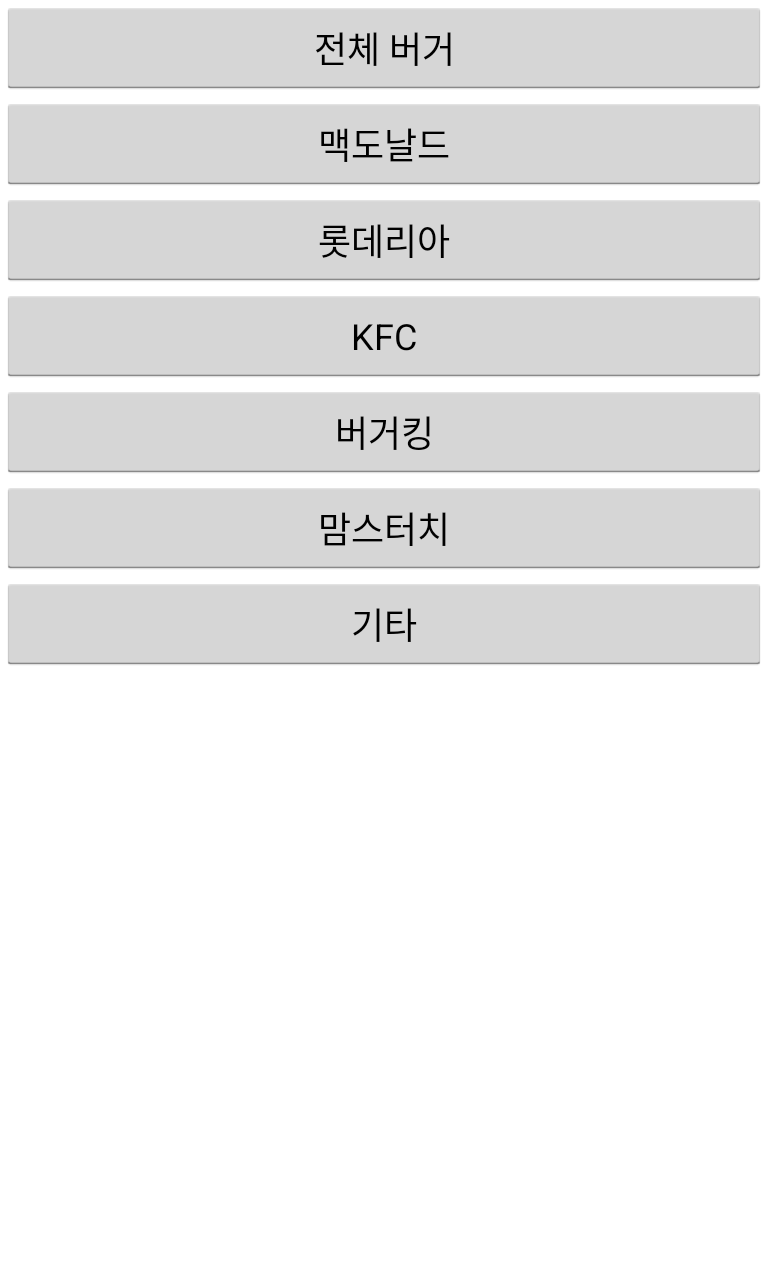
Repository: OnionLord/BurgerWIKI
Layout: burgerDicApp/BurgerDictionary/res/layout/burgertotal.xml
The author's editor kept a copy of each file at every save. The layout is drawn from the files as they stood at one save, then again after the next save.
It is drawn on a 768 x 1280 px phone screen (xhdpi) without system bars, with theme AppTheme; the app's code is not run.

Above is the layout before, as saved 2014-11-07 16:15:18.

### burgerDicApp/BurgerDictionary/res/layout/burgertotal.xml
<LinearLayout xmlns:android="http://schemas.android.com/apk/res/android"
    android:layout_width="fill_parent"
    android:layout_height="fill_parent"
    android:orientation="vertical" >

    <Button
        android:id="@+id/tot_btn_tot"
        android:layout_width="fill_parent"
        android:layout_height="wrap_content"
        android:onClick="onClickButton"
        android:text="전체 버거" />
     <Button
        android:id="@+id/tot_btn_mc"
        android:layout_width="fill_parent"
        android:layout_height="wrap_content"
        android:onClick="onClickButton"
        android:text="맥도날드" />
    <Button
        android:id="@+id/tot_btn_ll"
        android:layout_width="fill_parent"
        android:layout_height="wrap_content"
        android:onClick="onClickButton"
        android:text="롯데리아" />
    <Button
        android:id="@+id/tot_btn_kfc"
        android:layout_width="fill_parent"
        android:layout_height="wrap_content"
        android:onClick="onClickButton"
        android:text="KFC" />
    <Button
        android:id="@+id/tot_btn_bk"
        android:layout_width="fill_parent"
        android:layout_height="wrap_content"
        android:onClick="onClickButton"
        android:text="버거킹" />
    <Button
        android:id="@+id/tot_btn_mt"
        android:layout_width="fill_parent"
        android:layout_height="wrap_content"
        android:onClick="onClickButton"
        android:text="맘스터치" />
    <Button
        android:id="@+id/tot_btn_etc"
        android:layout_width="fill_parent"
        android:layout_height="wrap_content"
        android:onClick="onClickButton"
        android:text="기타" />



</LinearLayout>

Loaded but not shown: burgerDicApp/BurgerDictionary/res/values/styles.xml (common file); burgerDicApp/BurgerDictionary/res/values-v11/styles.xml (common file); burgerDicApp/BurgerDictionary/res/values-v14/styles.xml (common file)

After the next save:
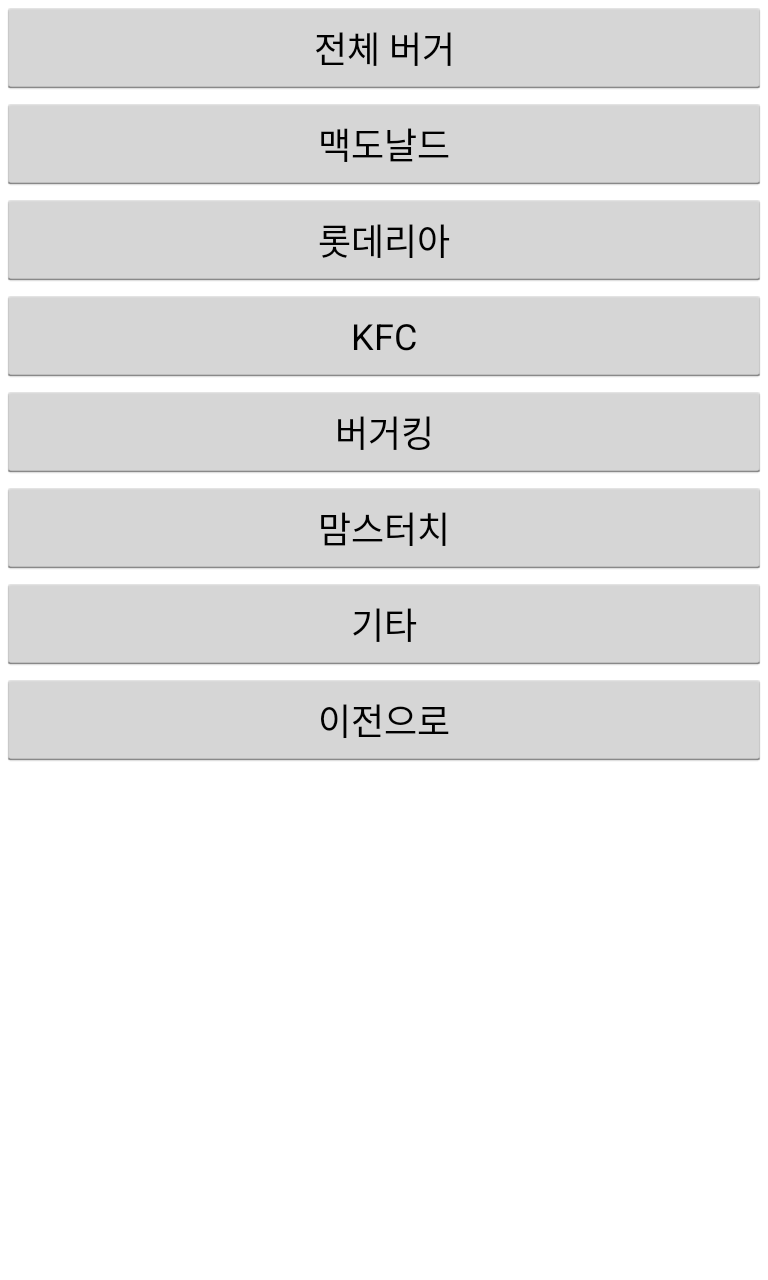
Saved 72 s later.
--- a/burgerDicApp/BurgerDictionary/res/layout/burgertotal.xml
+++ b/burgerDicApp/BurgerDictionary/res/layout/burgertotal.xml
@@ -45,7 +45,12 @@
         android:layout_height="wrap_content"
         android:onClick="onClickButton"
         android:text="기타" />
-
+	<Button
+        android:id="@+id/tot_btn_back"
+        android:layout_width="fill_parent"
+        android:layout_height="wrap_content"
+        android:onClick="onClickButton"
+        android:text="이전으로" />
 
 
 </LinearLayout>
